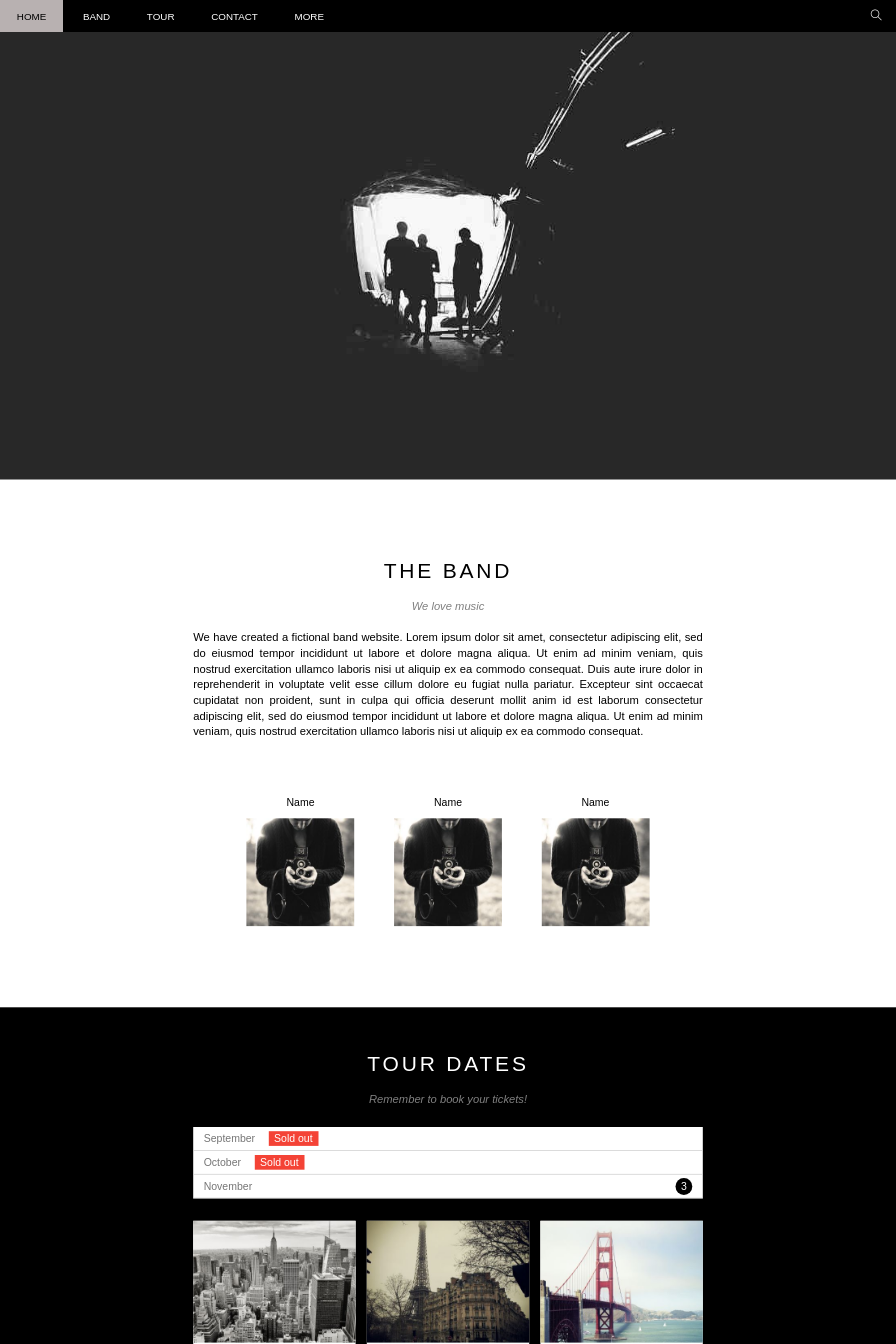
Repository: phamquy01/the-band
Page: index.html
The author's editor kept a copy of each file at every save. The page is drawn from the files as they stood at one save, then again after the next save.
The browser window is 1280 px wide. The pictures show the part of the page from y = 0 to 1920 px (the page is 3552 px tall), at 70% of full size.

Above is the page before, as saved 2022-04-21 14:44:53.

### index.html
<!DOCTYPE html>
<html lang="en">
  <head>
    <meta charset="UTF-8" />
    <meta name="viewport" content="width=device-width, initial-scale=1.0" />
    <title>The Band</title>
    <link
      rel="icon"
      href="https://fullstack.edu.vn/assets/favicon/apple-icon-114x114.png"
      type="image/x-icon"
    />
    <link rel="stylesheet" href="./assets/css/style.css" />
    <link rel="stylesheet" href="./assets/css/responsive.css" />
    <link rel="stylesheet" href="./assets/js/main.js" />
    <link
      rel="stylesheet"
      href="./assets/font/themify-icons/themify-icons.css"
    />
  </head>
  <body>
    <div id="main">
      <div id="header">
        <ul class="nav">
          <li><a href="#">Home</a></li>
          <li><a href="#band">Band</a></li>
          <li><a href="#tour">Tour</a></li>
          <li><a href="#contact">Contact</a></li>
          <li>
            <a href="">More</a>
            <ul id="subnav">
              <li><a href="#">Merchandise</a></li>
              <li><a href="#">Extras</a></li>
              <li><a href="#">Media</a></li>
            </ul>
          </li>
        </ul>
        <div class="search-btn">
          <i class="search-icon ti-search"></i>
        </div>
        <div id="mobile-menu" class="menu-btn">
          <i class="menu-icon ti-menu"></i>
        </div>
      </div>
      <div id="slider">
        <div class="text-content">
          <img src="./assets/img/slider1/la.jpg" alt="anh" />
          <div class="text-heading">Los Angeles</div>
          <p class="text-description">
            We had the best time playing at Venice Beach!
          </p>
        </div>
      </div>
      <div id="content">
        <div id="band" class="content1">
          <div class="container1">
            <p class="text1">The Band</p>
            <p class="text2">We love music</p>
            <p class="text3">
              We have created a fictional band website. Lorem ipsum dolor sit
              amet, consectetur adipiscing elit, sed do eiusmod tempor
              incididunt ut labore et dolore magna aliqua. Ut enim ad minim
              veniam, quis nostrud exercitation ullamco laboris nisi ut aliquip
              ex ea commodo consequat. Duis aute irure dolor in reprehenderit in
              voluptate velit esse cillum dolore eu fugiat nulla pariatur.
              Excepteur sint occaecat cupidatat non proident, sunt in culpa qui
              officia deserunt mollit anim id est laborum consectetur adipiscing
              elit, sed do eiusmod tempor incididunt ut labore et dolore magna
              aliqua. Ut enim ad minim veniam, quis nostrud exercitation ullamco
              laboris nisi ut aliquip ex ea commodo consequat.
            </p>
            <div class="row-third team-list">
              <div class="member">
                <div class="text-name">Name</div>
                <img src="./assets/img/slider1/bandmember.jpg" class="anh1" />
              </div>
              <div class="member">
                <div class="text-name">Name</div>
                <img src="./assets/img/slider1/bandmember.jpg" class="anh1" />
              </div>
              <div class="member">
                <div class="text-name">Name</div>
                <img src="./assets/img/slider1/bandmember.jpg" class="anh1" />
              </div>
            </div>
          </div>
        </div>
        <div id="tour" class="content2">
          <div class="container1">
            <p class="text1 text-white">TOUR DATES</p>
            <p class="text2 text-white">Remember to book your tickets!</p>
            <div class="tour-buy">
              <p class="September text-sliver">
                September <span class="Sold-out">Sold out</span>
              </p>
              <p class="October text-sliver">
                October <span class="Sold-out">Sold out</span>
              </p>
              <p class="November text-sliver">
                November <span class="number3 text-white">3</span>
              </p>
            </div>
            <div class="row row-third tour-list">
              <div class="col tour1">
                <img src="./assets/img/slider1/newyork.jpg" class="tour-img" />
                <div class="tour-member">
                  <p class="address">New York</p>
                  <p class="date">Fri 27 Nov 2016</p>
                  <p class="note">
                    Praesent tincidunt sed tellus ut rutrum sed vitae justo.
                  </p>
                  <a class="button">Buy Tickets</a>
                </div>
              </div>
              <div class="col tour1">
                <img src="./assets/img/slider1/paris.jpg" class="tour-img" />
                <div class="tour-member">
                  <p class="address">Paris</p>
                  <p class="date">Sat 28 Nov 2016</p>
                  <p class="note">
                    Praesent tincidunt sed tellus ut rutrum sed vitae justo.
                  </p>
                  <a class="button">Buy Tickets</a>
                </div>
              </div>
              <div class="col tour1">
                <img src="./assets/img/slider1/sanfran.jpg" class="tour-img" />
                <div class="tour-member">
                  <p class="address">San Francisco</p>
                  <p class="date">Sun 29 Nov 2016</p>
                  <p class="note">
                    Praesent tincidunt sed tellus ut rutrum sed vitae justo..
                  </p>
                  <a class="button">Buy Tickets</a>
                </div>
              </div>
            </div>
          </div>
        </div>
        <div id="contact" class="content1">
          <div class="container1">
            <p class="text1">CONTACT</p>
            <p class="text2">Fan? Drop a note!</p>
            <div class="row-third box1">
              <div class="col-half info">
                <p><i class="ti-location-pin"></i>Chicago, US</p>
                <p><i class="ti-mobile"></i>Phone: +00 151515</p>
                <p><i class="ti-email"></i>Email: mail@mail.com</p>
              </div>
              <div class="col-half">
                <form action="">
                  <div class="form">
                    <div class="row row-third form1">
                      <input
                        type="text"
                        name="Name"
                        placeholder="Name"
                        id="Name"
                        class="col form-input"
                        required
                      />
                      <input
                        type="email"
                        name=""
                        placeholder="Email"
                        required
                        id=""
                        class="col form-input"
                      />
                    </div>
                    <div class="form1">
                      <input
                        type="text"
                        name=""
                        placeholder="Message"
                        id=""
                        class="form-input"
                      />
                    </div>
                    <div class="form1">
                      <input type="submit" value="SEND" class="form-input1" />
                    </div>
                  </div>
                </form>
              </div>
            </div>
          </div>
        </div>
        <div class="map">
          <img src="./assets/img/slider1/map.jpg" alt="" class="map-img" />
        </div>
      </div>
      <div id="footer">
        <div class="icon-footer">
          <a href=""><i class="ti-facebook"></i></a>
          <a href=""><i class="ti-instagram"></i></a>
          <a href=""><i class="ti-skype"></i></a>
          <a href=""><i class="ti-pinterest"></i></a>
          <a href=""><i class="ti-twitter-alt"></i></a>
          <a href=""><i class="ti-linkedin"></i></a>
        </div>
        <p class="text-footer">Powered by <a href="">w3.css</a></p>
      </div>
    </div>
    <script>
      var header = document.getElementById("header");
      var mobileMenu = document.getElementById("mobile-menu");
      var headerHeight = header.clientHeight;

      mobileMenu.onclick = function () {
        var isClosed = header.clientHeight === headerHeight;
        if (isClosed) {
          header.style.height = "auto";
        } else {
          header.style.height = null;
        }
      };
    </script>
  </body>
</html>

### assets/css/style.css
* {
  padding: 0;
  margin: 0;
  box-sizing: border-box;
}
/*common*/

html {
  scroll-behavior: smooth;
  font-family: Arial, Helvetica, sans-serif;
}

.text-white {
  color: white !important;
}
.row {
  margin-left: -8px;
  margin-right: -8px;
}
.row-third {
  display: flex;
}
.col {
  margin-left: 8px;
  margin-right: 8px;
}
.col-full {
  width: 100%;
  display: inline-block;
}
.col-half {
  width: 50%;
}
#header {
  height: 46px;
  background-color: black;
  display: flex;
  position: fixed;
  left: 0;
  top: 0;
  right: 0;
  z-index: 1;
}
.nav > li {
  display: inline-block;
}
.nav li {
  position: relative;
  list-style: none;
}
.nav #subnav {
  position: absolute;
  display: none;
  left: 0;
  top: 100%;
  box-shadow: 0 0 10px rgba(0, 0, 0, 0.3);
}
.nav #subnav li:hover a {
  color: black;
  background-color: rgb(184, 177, 177);
}
.nav #subnav li a {
  line-height: 38px;
  padding: 0 16px;
  min-width: 150px;
}
.nav > li:hover a {
  color: black;
  background-color: rgb(255, 255, 255);
}
.nav > li:hover > a {
  background-color: rgb(184, 177, 177);
}
.nav > li > a {
  text-transform: uppercase;
}
.nav > li:hover #subnav {
  display: block;
}
.nav a {
  color: white;
  text-decoration: none;
  padding: 0 24px;
  line-height: 46px;
  font-size: 14px;
  display: block;
}
.menu-btn,
.search-btn {
  margin-left: auto;
  line-height: 46px;
  cursor: pointer;
  height: 46px;
}
.menu-icon,
.search-icon {
  color: white;
  margin: 46px 20px;
}
.search-btn:hover {
  background-color: red;
}
/* #slider {
  position: relative;
  margin-top: 46px;
  padding-top: 50%;
  background: url(/assets/img/slider1/la.jpg) no-repeat;
  background-size: cover;
  background-position: top center;
} */
.text-content {
  position: relative;
  bottom: 0;
  color: white;
  text-align: center;
  width: 100%;
  margin: 45px 0;
}
.text-content img {
  width: 100%;
  height: 100%;
  object-fit: cover;
}
.text-heading {
  position: absolute;
  margin: 25px 0;
  font-size: 24px;
  font-weight: 400;
}
.text-description {
  position: absolute;

  font-size: 15px;
  font-weight: bolder;
  text-shadow: 0 0 1px white;
}
#content {
}
.container1 {
  margin-left: auto;
  margin-right: auto;
  padding: 64px 36px;
  width: 800px;
  max-width: 100%;
}
.text1 {
  font-size: 30px;
  text-transform: uppercase;
  letter-spacing: 4px;
  text-align: center;
}
.text2 {
  text-align: center;
  margin-top: 25px;
  font-style: italic;
  opacity: 0.5;
}
.text3 {
  margin-top: 25px;
  text-align: justify;
  line-height: 1.4;
}
.team-list {
  justify-content: space-around;
  margin: 48px;
}
.text-name {
  font-size: 15px;
  margin-top: 32px;
  text-align: center;
}

.content2 {
  background-color: black;
}
.tour-buy {
  background-color: white;
  font-size: 15px;
  margin: 30px 0;
}
.tour-buy > p {
  padding: 8px 15px;
  border-bottom: 1px solid #ccc;
  color: #757575;
}
.Sold-out {
  background-color: #f44336;
  color: white;
  padding: 2px 8px;
  margin: 0 15px;
}
.number3 {
  background-color: black;
  border-radius: 50%;
  padding: 0 8px;
  float: right;
  width: 24px;
  height: 24px;
  line-height: 24px;
  margin-top: -3px;
}
.tour-list {
  margin-top: 32px;
  margin-bottom: 48px;
}
.tour-img {
  width: 100%;
}
.tour-img:hover {
  opacity: 0.6;
}
.tour-member {
  margin: 15px 16px;
}
.tour-member > p {
  margin: 15px 0;
  font-size: 15px;
}
.tour1 {
  background-color: white;
}
.address {
  font-weight: 600;
}
.date {
  opacity: 0.6;
}
.note {
  line-height: 1.4;
}
.button {
  color: white;
  background-color: black;
  padding: 8px 16px;
  display: inline-block;
}
.button:hover {
  background-color: #ccc;
  color: black;
  cursor: pointer;
}
.box1 {
  margin: 32px 0;
}
.info i[class*="ti-"] {
  width: 30px;
  display: inline-block;
  line-height: 1.7;
}
.form-input {
  border: 1px solid #ccc;
  padding: 10px;
  font-size: 15px;
  width: 100%;
}
.form1 {
  margin-bottom: 8px;
}
.form-input1 {
  border: 1px solid black;
  background-color: black;
  color: white;
  padding: 10px 16px;
  float: right;
  margin-top: 8px;
  border: none;
  cursor: pointer;
}
.form-input1:hover {
  background-color: #ccc;
  color: black;
  outline: none;
}
.map-img {
  width: 100%;
}
#footer {
  padding: 64px 16px;
  text-align: center;
}
.icon-footer a {
  font-size: 24px;
  color: rgba(0, 0, 0, 0.6);
  text-decoration: none;
  margin: 0 4px;
}
#footer > p {
  font-size: 15px;
  margin: 15px 0;
  color: rgba(0, 0, 0, 0.6);
}
#footer .text-footer > a {
  color: rgba(0, 0, 0, 0.6);
}
#footer .text-footer > a:hover,
.icon-footer a:hover {
  color: rgba(0, 0, 0, 0.3);
}

### assets/css/responsive.css
/* PC */
@media (min-width: 64em) {
  .menu-btn {
    display: none;
  }
  .anh1 {
    margin-top: 15px;
    width: 154px;
  }
}

/* tablet */
@media (min-width: 46.25em) and (max-width: 63.9375em) {
  .menu-btn {
    display: none;
  }
  .anh1 {
    margin-top: 15px;
    width: 154px;
  }
  .team-list {
    justify-content: space-between;
  }
  .team-list img {
    margin: 0 auto;
  }
}

/* mobile */
@media (max-width: 46.1875em) {
  #header {
    overflow: hidden;
  }
  .nav > li {
    display: block;
  }
  .search-btn {
    display: none;
  }
  .menu-btn:hover {
    background-color: white;
    overflow: visible;
  }
  .menu-icon:hover {
    color: black;
  }
  .row-third {
    display: block;
  }
  .anh1 {
    margin-top: 15px;
  }
  .tour-member {
    padding: 15px 0px;
  }
  .col-half {
    width: 100%;
    margin-bottom: 8px;
  }
  .form1 {
    width: 100%;
  }
  .container1 {
    display: inline-block;
  }
}

Loaded but not shown: assets/font/themify-icons/themify-icons.css (common file); assets/js/main.js (no stored copy; drawn as an empty file)

After the next save:
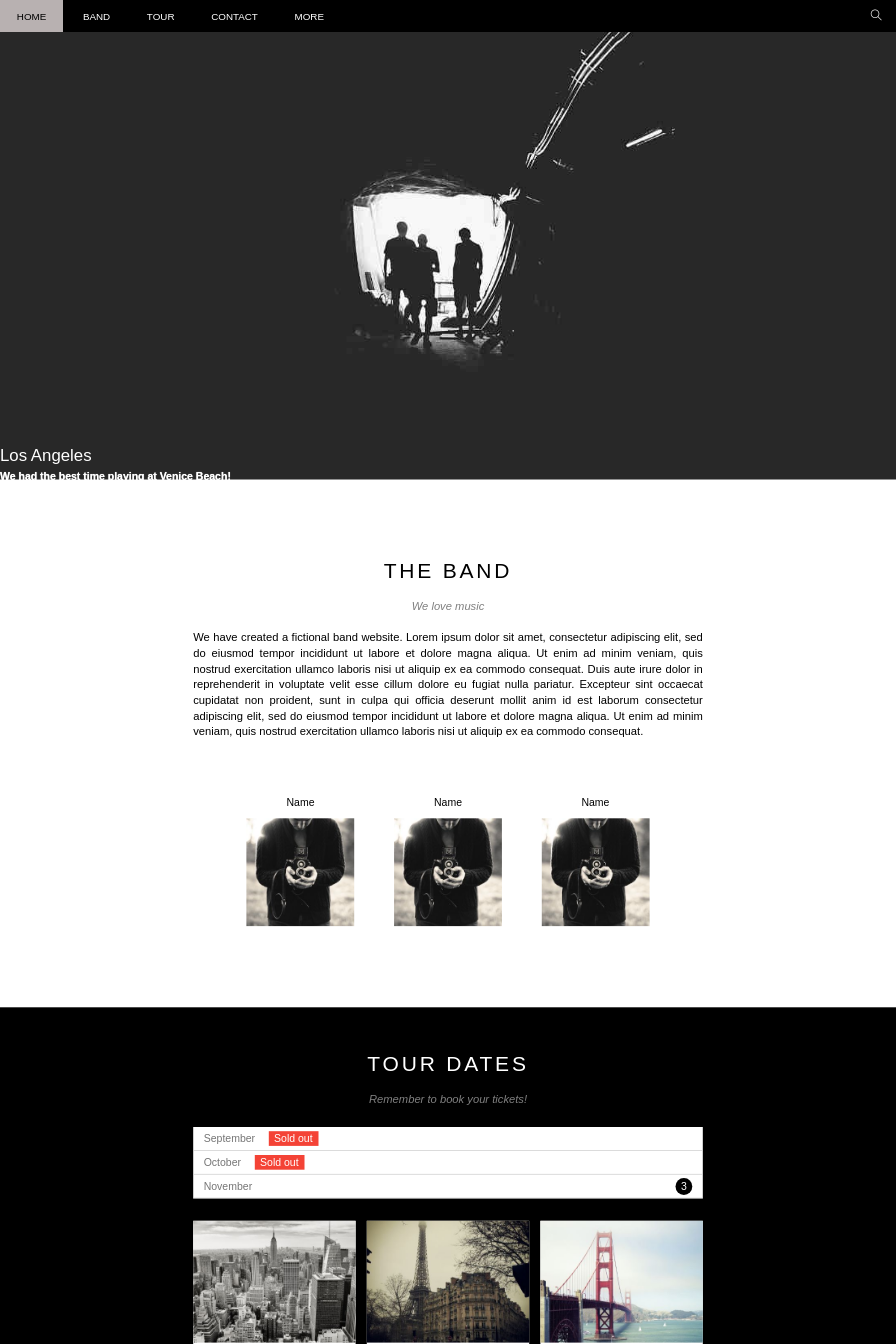
Saved 55 s later.
--- a/assets/css/style.css
+++ b/assets/css/style.css
@@ -123,13 +123,14 @@
 }
 .text-heading {
   position: absolute;
+  bottom: 0;
   margin: 25px 0;
   font-size: 24px;
   font-weight: 400;
 }
 .text-description {
   position: absolute;
-
+  bottom: 0;
   font-size: 15px;
   font-weight: bolder;
   text-shadow: 0 0 1px white;
